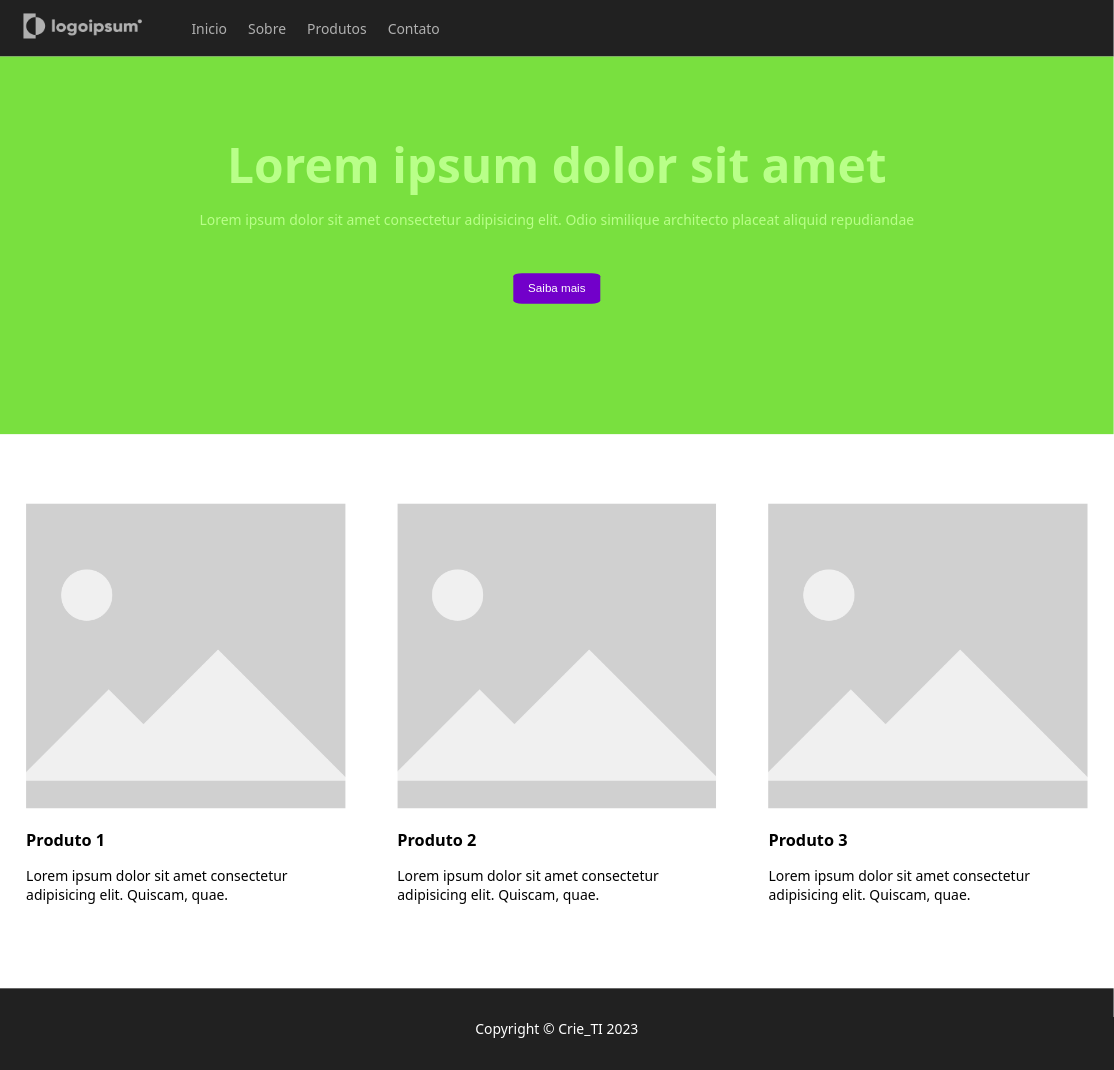
Repository: Carolden/SiteCrie_Ti
Page: index.html
An editor plug-in stored every save of this project. The page is shown before and after the next save, followed by the edit.
The browser window is 1280 px wide. The pictures show the whole page, at 87% of full size.

Above is the page before, as saved 2023-04-25 19:45:41.

After the next save:
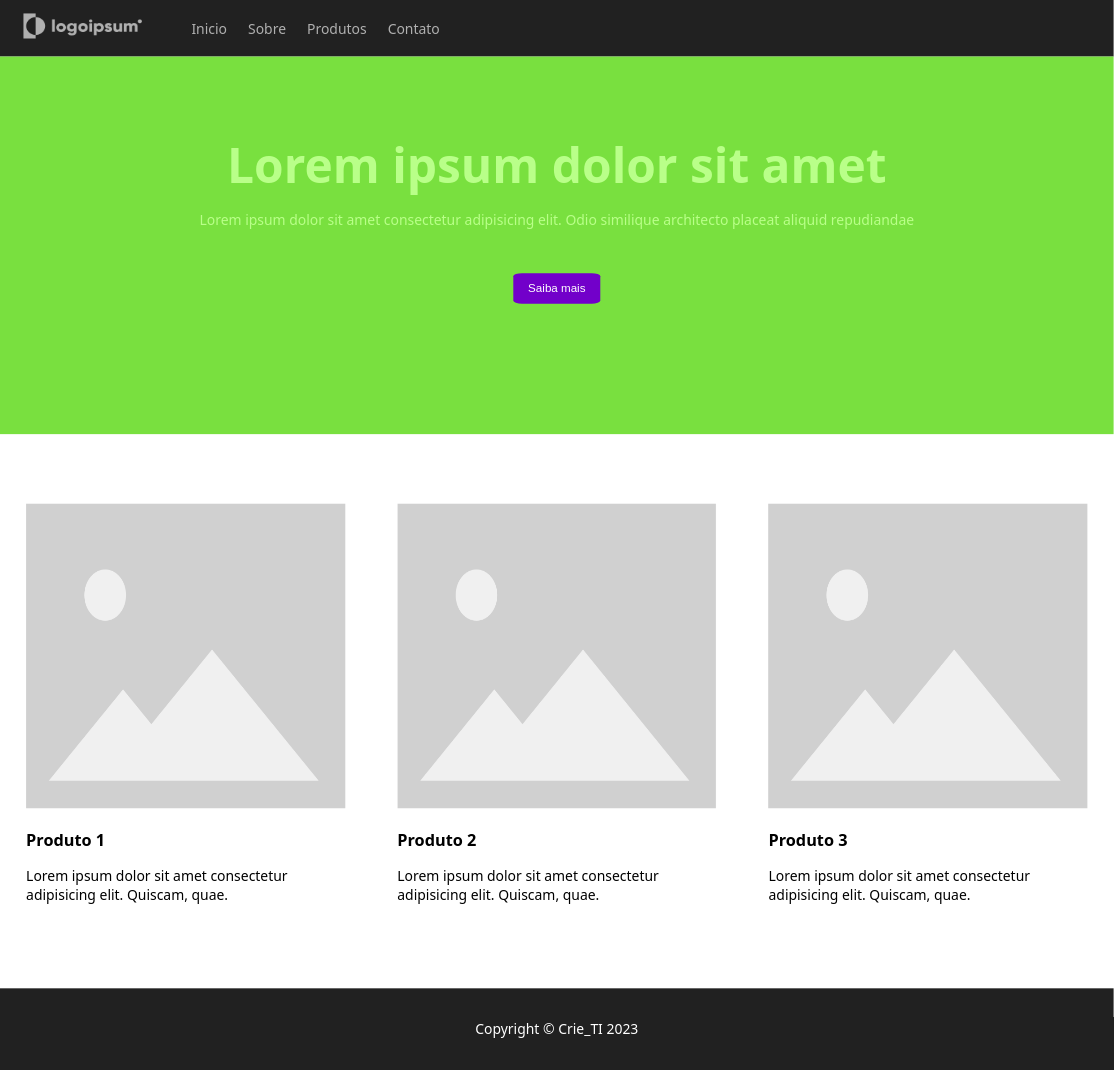
Saved 4 s later.
--- a/index.css
+++ b/index.css
@@ -82,7 +82,7 @@ button {
 .column img {
     width: 100%;
     height: 350px;
-    object-fit: cover;
+    /* object-fit: cover; */
     text-align: center;
 }
 
